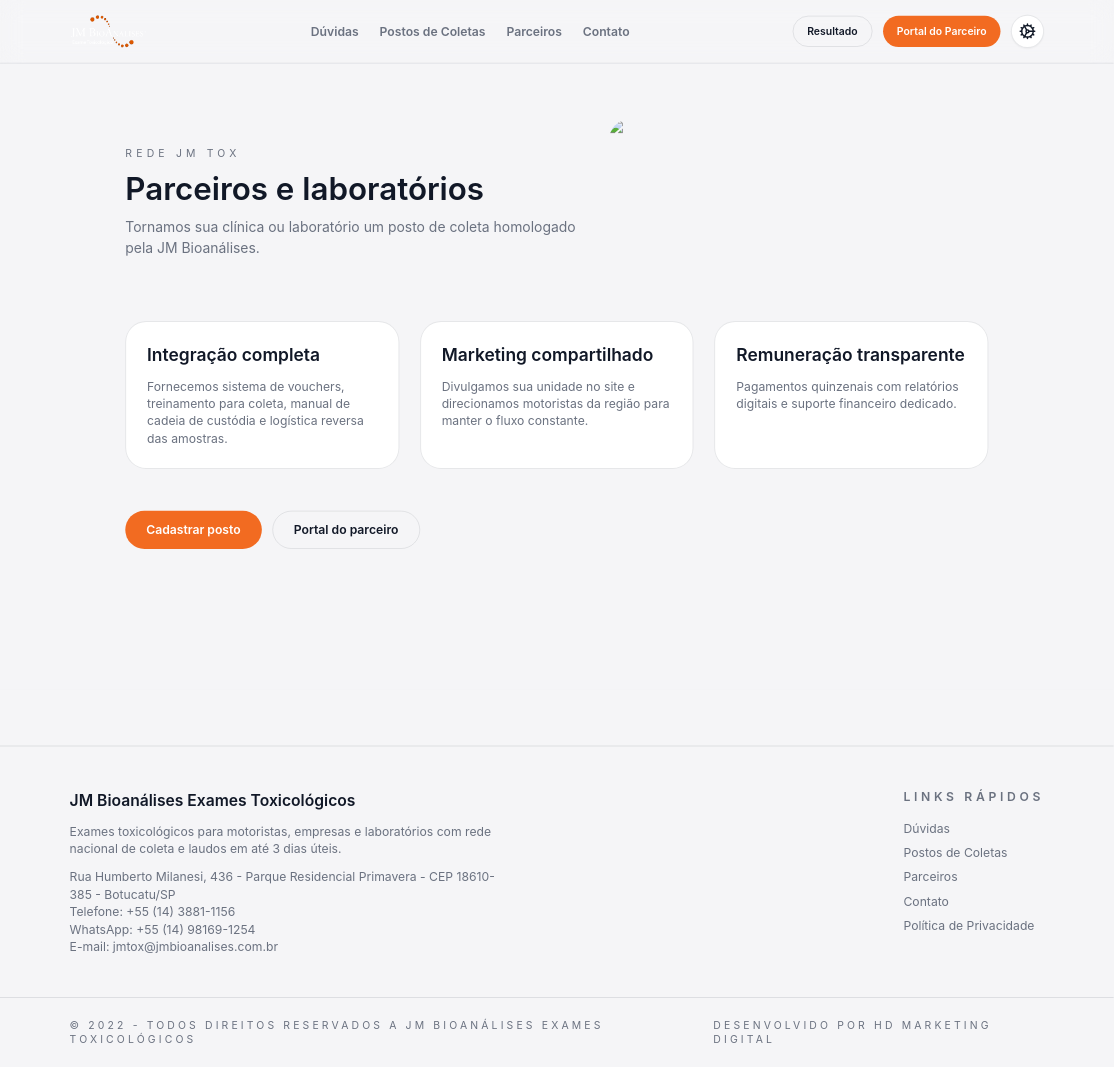
Repository: 1xLab/cat1
Page: /parceiros
An editor plug-in stored every save of this project. The page is shown before and after the next save, followed by the edit.
The browser window is 1280 px wide. The pictures show the whole page, at 87% of full size.
The page's requests for data from a server got no answer. The project was rebuilt for these pictures with package versions that can differ from the ones it lists, and the page was loaded fresh each time. The framework's server and built-in components were replaced by stand-ins that run in the browser. No one was signed in, and anything a server would have sent is missing. Also part of the build but not shown: next.config.ts.

Above is the page before, as saved 2025-11-19 22:15:58.

### src/app/layout.tsx
import type { Metadata } from "next";
import { Geist, Geist_Mono } from "next/font/google";
import "./globals.css";

import { Header } from "@/components/layout/header";
import { Footer } from "@/components/layout/footer";
import { baseMetadata } from "@/lib/seo";
import { LabSchema } from "@/components/seo/lab-schema";
import { TagManager } from "@/components/analytics/tag-manager";

const geistSans = Geist({
  variable: "--font-geist-sans",
  subsets: ["latin"],
});

const geistMono = Geist_Mono({
  variable: "--font-geist-mono",
  subsets: ["latin"],
});

export const metadata: Metadata = baseMetadata;

export default function RootLayout({
  children,
}: Readonly<{
  children: React.ReactNode;
}>) {
  return (
    <html lang="pt-BR" data-theme="sunrise">
      <body className={`${geistSans.variable} ${geistMono.variable} antialiased`}>
        <TagManager />
        <LabSchema />
        <Header />
        <main className="min-h-screen bg-[var(--color-bg)] text-[var(--color-text)]">
          {children}
        </main>
        <Footer />
      </body>
    </html>
  );
}

### src/app/parceiros/page.tsx
import Image from "next/image";
import type { Metadata } from "next";
import { Button } from "@/components/ui/button";

const pillars = [
  {
    title: "Integração completa",
    body: "Fornecemos sistema de vouchers, treinamento para coleta, manual de cadeia de custódia e logística reversa das amostras.",
  },
  {
    title: "Marketing compartilhado",
    body: "Divulgamos sua unidade no site e direcionamos motoristas da região para manter o fluxo constante.",
  },
  {
    title: "Remuneração transparente",
    body: "Pagamentos quinzenais com relatórios digitais e suporte financeiro dedicado.",
  },
];

export const metadata: Metadata = {
  title: "Parceiros | JM Tox",
};

const illustration = "/imagens/illustration-parceiros-v2.svg";

export default function ParceirosPage() {
  return (
    <section className="mx-auto max-w-5xl px-4 py-16">
      <div className="grid gap-6 md:grid-cols-[1.1fr_0.9fr] md:items-center">
        <div className="space-y-3">
          <p className="text-xs uppercase tracking-[0.4em] text-[var(--color-text-muted)]">
            Rede JM Tox
          </p>
          <h1 className="text-4xl font-semibold text-[var(--color-text)]">
            Parceiros e laboratórios
          </h1>
          <p className="text-[var(--color-text-muted)]">
            Tornamos sua clínica ou laboratório um posto de coleta homologado
            pela JM Bioanálises.
          </p>
        </div>
        <div className="relative h-48 rounded-3xl">
          <Image
            src={illustration}
            alt="Tecnologia embarcada em caminhões"
            fill
            className="rounded-3xl object-cover"
            sizes="(min-width: 768px) 400px, 100vw"
          />
        </div>
      </div>
      <div className="mt-10 grid gap-6 md:grid-cols-3">
        {pillars.map((pillar) => (
          <article
            key={pillar.title}
            className="rounded-3xl border border-[var(--color-outline)] bg-[var(--color-surface)] p-6"
          >
            <h2 className="text-xl font-semibold text-[var(--color-text)]">
              {pillar.title}
            </h2>
            <p className="mt-3 text-sm text-[var(--color-text-muted)]">
              {pillar.body}
            </p>
          </article>
        ))}
      </div>
      <div className="mt-12 flex flex-wrap gap-3">
        <Button asChild>
          <a href="/cadastro-postos-de-coleta">Cadastrar posto</a>
        </Button>
        <Button asChild variant="outline">
          <a href="/app/parceiros">Portal do parceiro</a>
        </Button>
      </div>
    </section>
  );
}

### src/app/globals.css
@tailwind base;
@tailwind components;
@tailwind utilities;

:root {
  --color-bg: #f5f5f7;
  --color-surface: #ffffff;
  --color-text: #111827;
  --color-text-muted: #6b7280;
  --color-primary: #f26b21;
  --color-primary-dark: #c65310;
  --color-header: #050608;
  --color-outline: rgba(15, 23, 42, 0.1);
}

[data-theme="sunrise"] {
  --color-bg: #f5f5f7;
  --color-surface: #ffffff;
  --color-text: #111827;
  --color-text-muted: #6b7280;
  --color-primary: #f26b21;
  --color-primary-dark: #c65310;
  --color-header: #050608;
}

[data-theme="midnight"] {
  --color-bg: #050608;
  --color-surface: #111827;
  --color-text: #f9fafb;
  --color-text-muted: #9ca3af;
  --color-primary: #f26b21;
  --color-primary-dark: #f26b21;
  --color-header: #000000;
  --color-outline: rgba(255, 255, 255, 0.1);
}

[data-theme="clinical"] {
  --color-bg: #f3f6fb;
  --color-surface: #ffffff;
  --color-text: #0f172a;
  --color-text-muted: #3f4d63;
  --color-primary: #2563eb;
  --color-primary-dark: #1d4ed8;
  --color-header: #0f172a;
  --color-outline: rgba(15, 23, 42, 0.08);
}

[data-theme="high-contrast"] {
  --color-bg: #000000;
  --color-surface: #000000;
  --color-text: #ffffff;
  --color-text-muted: #f3f4f6;
  --color-primary: #ffbf00;
  --color-primary-dark: #f59e0b;
  --color-header: #000000;
  --color-outline: rgba(255, 255, 255, 0.2);
}

[data-theme="dark"] {
  --color-bg: #111436;
  --color-surface: rgba(255, 255, 255, 0.08);
  --color-text: #fefefe;
  --color-text-muted: #d4ddff;
  --color-primary: #f97316;
  --color-primary-dark: #ea580c;
  --color-header: rgba(17, 20, 54, 0.9);
  --color-outline: rgba(255, 255, 255, 0.2);
}

@layer base {
  * {
    box-sizing: border-box;
  }

  body {
    background: var(--color-bg);
    color: var(--color-text);
    font-family: "Inter", system-ui, -apple-system, BlinkMacSystemFont,
      "Segoe UI", sans-serif;
    min-height: 100vh;
  }
}

@layer utilities {
  .text-balance {
    text-wrap: balance;
  }

  .glass-panel {
    background: color-mix(in srgb, var(--color-surface) 90%, transparent);
    backdrop-filter: blur(18px);
    border: 1px solid color-mix(in srgb, var(--color-outline) 80%, transparent);
    border-radius: 1.5rem;
    box-shadow: 0 15px 45px rgba(15, 23, 42, 0.12);
  }
}

### src/components/layout/header.tsx
import Image from "next/image";
import Link from "next/link";
import { ThemeSwitcher } from "@/components/theme-switcher";
import { Button } from "@/components/ui/button";

const navItems = [
  { label: "Dúvidas", href: "/duvidas-frequentes" },
  { label: "Postos de Coletas", href: "/postos-de-coletas" },
  { label: "Parceiros", href: "/parceiros" },
  { label: "Contato", href: "/contato" },
];

export function Header() {
  return (
    <header className="sticky top-0 z-40 border-b border-[var(--color-outline)] bg-[var(--color-header)]/15 backdrop-blur-md">
      <div className="container mx-auto flex max-w-6xl items-center justify-between gap-4 px-4 py-4">
        <Link href="/" className="flex items-center gap-3">
          <Image
            src="/logo-jm-bioanalises-branco.png"
            alt="JM Bioanálises"
            width={150}
            height={42}
            className="h-10 w-auto"
            priority
          />
          <span className="sr-only">JM Bioanálises</span>
        </Link>
        <nav className="hidden items-center gap-6 text-sm font-semibold text-[var(--color-text-muted)] lg:flex">
          {navItems.map((item) => (
            <Link
              key={item.href}
              href={item.href}
              className="transition hover:text-[var(--color-text)]"
            >
              {item.label}
            </Link>
          ))}
        </nav>
        <div className="flex items-center gap-3">
          <Button asChild variant="outline" size="sm">
            <Link href="/duvidas-frequentes#resultado-online">Resultado</Link>
          </Button>
          <Button asChild size="sm">
            <Link href="/parceiros">Portal do Parceiro</Link>
          </Button>
          <ThemeSwitcher />
        </div>
      </div>
      <div className="border-t border-[var(--color-outline)] bg-[var(--color-header)] px-4 py-3 lg:hidden">
        <nav className="flex flex-wrap gap-3 text-sm font-semibold text-[var(--color-text-muted)]">
          {navItems.map((item) => (
            <Link
              key={item.href}
              href={item.href}
              className="rounded-full border border-gray-600 px-3 py-1 transition hover:border-[var(--color-primary)] hover:text-white"
            >
              {item.label}
            </Link>
          ))}
        </nav>
      </div>
    </header>
  );
}

### src/components/layout/footer.tsx
import Link from "next/link";

import { siteConfig } from "@/lib/site";

const quickLinks = [
  { label: "Dúvidas", href: "/duvidas-frequentes" },
  { label: "Postos de Coletas", href: "/postos-de-coletas" },
  { label: "Parceiros", href: "/parceiros" },
  { label: "Contato", href: "/contato" },
  { label: "Política de Privacidade", href: "/politica-de-privacidade" },
];

export function Footer() {
  return (
    <footer className="mt-16 border-t border-[var(--color-outline)] bg-[var(--color-surface)]/95">
      <div className="mx-auto flex max-w-6xl flex-col gap-8 px-4 py-12 md:flex-row md:justify-between">
        <div className="max-w-lg space-y-3">
          <p className="text-lg font-semibold text-[var(--color-text)]">
            {siteConfig.name}
          </p>
          <p className="text-sm text-[var(--color-text-muted)]">
            {siteConfig.description}
          </p>
          <div className="text-sm text-[var(--color-text-muted)]">
            <p>{siteConfig.address}</p>
            <p>Telefone: {siteConfig.contacts.phone}</p>
            <p>WhatsApp: {siteConfig.contacts.mobile}</p>
            <p>E-mail: {siteConfig.contacts.email}</p>
          </div>
        </div>
        <div>
          <p className="text-sm font-semibold uppercase tracking-[0.3em] text-[var(--color-text-muted)]">
            Links rápidos
          </p>
          <ul className="mt-4 space-y-2 text-sm">
            {quickLinks.map((link) => (
              <li key={link.href}>
                <Link
                  href={link.href}
                  className="text-[var(--color-text-muted)] transition hover:text-[var(--color-text)]"
                >
                  {link.label}
                </Link>
              </li>
            ))}
          </ul>
        </div>
      </div>
      <div className="border-t border-[var(--color-outline)]">
        <div className="mx-auto flex max-w-6xl flex-col gap-2 px-4 py-6 text-xs uppercase tracking-[0.3em] text-[var(--color-text-muted)] md:flex-row md:items-center md:justify-between">
          <p>
            © 2022 - Todos Direitos Reservados a JM Bioanálises Exames Toxicológicos
          </p>
          <p>Desenvolvido por HD Marketing Digital</p>
        </div>
      </div>
    </footer>
  );
}

### src/lib/seo.ts
import type { Metadata } from "next";
import { siteConfig } from "./site";

type SEOParams = {
  title?: string;
  description?: string;
  path?: string;
};

export const baseMetadata: Metadata = {
  metadataBase: new URL(siteConfig.url),
  title: {
    default: `${siteConfig.name} | Laboratório de Toxicologia`,
    template: `%s | ${siteConfig.name}`,
  },
  description: siteConfig.description,
  openGraph: {
    type: "website",
    url: siteConfig.url,
    title: siteConfig.name,
    description: siteConfig.description,
    images: [
      {
        url: siteConfig.ogImage,
        width: 1200,
        height: 630,
        alt: siteConfig.name,
      },
    ],
  },
  twitter: {
    card: "summary_large_image",
    title: siteConfig.name,
    description: siteConfig.description,
    images: [siteConfig.ogImage],
  },
  icons: {
    icon: "/favicon.ico",
  },
};

export const generatePageMetadata = ({
  title,
  description,
  path = "",
}: SEOParams): Metadata => ({
  ...baseMetadata,
  title,
  description,
  alternates: {
    canonical: path ? `${siteConfig.url}${path}` : siteConfig.url,
  },
});

### src/components/seo/lab-schema.tsx
export function LabSchema() {
  const jsonLd = {
    "@context": "https://schema.org",
    "@type": "MedicalOrganization",
    name: "JM Bioanálises Exames Toxicológicos",
    url: "https://jmtox.com.br",
    address: {
      "@type": "PostalAddress",
      streetAddress:
        "Rua Humberto Milanesi, 436 - Parque Residencial Primavera",
      addressLocality: "Botucatu",
      addressRegion: "SP",
      postalCode: "18610-385",
      addressCountry: "BR",
    },
    contactPoint: {
      "@type": "ContactPoint",
      telephone: "+55-14-3881-1156",
      contactType: "customer service",
      availableLanguage: ["Portuguese", "English"],
    },
    sameAs: ["https://www.linkedin.com/company/jmbioanalises"],
    medicalSpecialty: ["Toxicologic"],
  };

  return (
    <script
      type="application/ld+json"
      dangerouslySetInnerHTML={{ __html: JSON.stringify(jsonLd) }}
    />
  );
}

### src/components/analytics/tag-manager.tsx
"use client";

import Script from "next/script";

export function TagManager() {
  const id = process.env.NEXT_PUBLIC_GTM_ID;
  if (!id) return null;

  return (
    <>
      <Script id="gtm-loader">
        {`
          (function(w,d,s,l,i){w[l]=w[l]||[];w[l].push({'gtm.start':
          new Date().getTime(),event:'gtm.js'});var f=d.getElementsByTagName(s)[0],
          j=d.createElement(s),dl=l!='dataLayer'?'&l='+l:'';j.async=true;j.src=
          'https://www.googletagmanager.com/gtm.js?id='+i+dl;f.parentNode.insertBefore(j,f);
          })(window,document,'script','dataLayer','${id}');
        `}
      </Script>
      <noscript>
        <iframe
          src={`https://www.googletagmanager.com/ns.html?id=${id}`}
          height="0"
          width="0"
          style={{ display: "none", visibility: "hidden" }}
        />
      </noscript>
    </>
  );
}

### src/components/ui/button.tsx
"use client";

import * as React from "react";
import { Slot } from "@radix-ui/react-slot";
import { cva, type VariantProps } from "class-variance-authority";

import { cn } from "@/lib/utils";

const buttonVariants = cva(
  "inline-flex items-center justify-center whitespace-nowrap rounded-full text-sm font-semibold transition focus-visible:outline-none focus-visible:ring-2 focus-visible:ring-[var(--color-primary)] disabled:pointer-events-none disabled:opacity-60",
  {
    variants: {
      variant: {
        default:
          "bg-[var(--color-primary)] text-white hover:bg-[var(--color-primary-dark)]",
        secondary:
          "bg-[var(--color-surface)] text-[var(--color-text)] border border-[var(--color-outline)] hover:border-[var(--color-primary)]",
        outline:
          "border border-[var(--color-outline)] text-[var(--color-text)] hover:border-[var(--color-primary)] hover:text-[var(--color-text)]",
        ghost: "text-[var(--color-text)] hover:bg-[var(--color-outline)]/30",
        link: "underline-offset-4 text-[var(--color-primary)] hover:underline",
      },
      size: {
        default: "h-11 px-6",
        sm: "h-9 px-4 text-xs",
        lg: "h-12 px-8 text-base",
        icon: "h-10 w-10",
      },
    },
    defaultVariants: {
      variant: "default",
      size: "default",
    },
  }
);

export interface ButtonProps
  extends React.ButtonHTMLAttributes<HTMLButtonElement>,
    VariantProps<typeof buttonVariants> {
  asChild?: boolean;
}

const Button = React.forwardRef<HTMLButtonElement, ButtonProps>(
  ({ className, variant, size, asChild = false, ...props }, ref) => {
    const Comp = asChild ? Slot : "button";
    return (
      <Comp
        className={cn(buttonVariants({ variant, size, className }))}
        ref={ref}
        {...props}
      />
    );
  }
);
Button.displayName = "Button";

export { Button, buttonVariants };

### src/components/theme-switcher.tsx
"use client";

import { useEffect, useState } from "react";
import { Cog, Check } from "lucide-react";
import { cn } from "@/lib/utils";

const themes = [
  { id: "sunrise", name: "Sunrise Light", description: "Luz natural com laranja vibrante." },
  { id: "midnight", name: "Midnight Dark", description: "Interface escura para salas de comando." },
  { id: "clinical", name: "Clinical Light", description: "Azul clínico com fundos neutros." },
  { id: "high-contrast", name: "High Contrast", description: "Alto contraste para máxima leitura." },
];

function applyThemeValue(
  value: string,
  setTheme: (theme: string) => void
) {
  const next = themes.find((item) => item.id === value) ? value : "sunrise";
  setTheme(next);
  document.documentElement.setAttribute("data-theme", next);
  try {
    localStorage.setItem("jmbio-theme", next);
  } catch {
    /* ignore */
  }
}

export function ThemeSwitcher() {
  const [open, setOpen] = useState(false);
  const [theme, setTheme] = useState("sunrise");

  useEffect(() => {
    let stored = "sunrise";
    try {
      stored = localStorage.getItem("jmbio-theme") || "sunrise";
    } catch {
      stored = "sunrise";
    }
    applyThemeValue(stored, setTheme);
  }, []);

  function apply(value: string) {
    applyThemeValue(value, setTheme);
  }

  return (
    <div className="relative">
      <button
        aria-label="Alterar tema do site"
        className="rounded-full border border-[var(--color-outline)] bg-[var(--color-surface)] p-2 text-[var(--color-text)] shadow-sm transition hover:shadow-md"
        onClick={() => setOpen((prev) => !prev)}
      >
        <Cog className="h-5 w-5" />
      </button>
      {open && (
        <div className="absolute right-0 z-50 mt-3 w-64 rounded-2xl border border-[var(--color-outline)] bg-[var(--color-surface)] p-4 shadow-xl">
          <p className="text-xs font-semibold uppercase tracking-[0.3em] text-[var(--color-text-muted)]">
            Temas
          </p>
          <div className="mt-3 space-y-2">
            {themes.map((item) => (
              <button
                key={item.id}
                className={cn(
                  "flex w-full items-start gap-2 rounded-2xl border border-transparent p-3 text-left transition hover:border-[var(--color-outline)]",
                  theme === item.id && "border-[var(--color-primary)] bg-[var(--color-primary)]/10"
                )}
                onClick={() => apply(item.id)}
              >
                <span className="mt-1 text-[var(--color-primary)]">
                  {theme === item.id ? <Check className="h-4 w-4" /> : <span className="block h-4 w-4 rounded-full border border-[var(--color-outline)]" />}
                </span>
                <span>
                  <span className="font-semibold text-[var(--color-text)]">{item.name}</span>
                  <span className="block text-xs text-[var(--color-text-muted)]">{item.description}</span>
                </span>
              </button>
            ))}
          </div>
        </div>
      )}
    </div>
  );
}

### src/lib/site.ts
export const siteConfig = {
  name: "JM Bioanálises Exames Toxicológicos",
  description:
    "Exames toxicológicos para motoristas, empresas e laboratórios com rede nacional de coleta e laudos em até 3 dias úteis.",
  url: "https://jmtox.com.br",
  ogImage: "/logo-jm-bioanalises-branco.png",
  social: {
    linkedin: "https://www.linkedin.com/company/jmbioanalises",
    whatsapp: "https://api.whatsapp.com/send?phone=5514981691254",
  },
  contacts: {
    phone: "+55 (14) 3881-1156",
    mobile: "+55 (14) 98169-1254",
    email: "jmtox@jmbioanalises.com.br",
  },
  address:
    "Rua Humberto Milanesi, 436 - Parque Residencial Primavera - CEP 18610-385 - Botucatu/SP",
};

export type SiteConfig = typeof siteConfig;

### src/lib/utils.ts
import { type ClassValue, clsx } from "clsx";
import { twMerge } from "tailwind-merge";

export function cn(...inputs: ClassValue[]) {
  return twMerge(clsx(inputs));
}

export function formatPhone(phone: string) {
  const digits = phone.replace(/\D/g, "");
  const match = digits.match(/^(\d{2})(\d{5})(\d{4})$/);
  if (!match) return phone;
  return `(${match[1]}) ${match[2]}-${match[3]}`;
}

export function slugify(value: string) {
  return value
    .toLowerCase()
    .normalize("NFD")
    .replace(/[\u0300-\u036f]/g, "")
    .replace(/[^a-z0-9]+/g, "-")
    .replace(/(^-|-$)+/g, "");
}

export function formatIsoDate(date: string) {
  return new Date(date).toLocaleDateString("pt-BR", {
    day: "2-digit",
    month: "short",
    year: "numeric",
  });
}

### tailwind.config.ts
import type { Config } from "tailwindcss";
import { fontFamily } from "tailwindcss/defaultTheme";
import animate from "tailwindcss-animate";

const config: Config = {
  darkMode: ["class"],
  content: ["./src/**/*.{ts,tsx}"],
  theme: {
    container: {
      center: true,
      padding: {
        DEFAULT: "1.5rem",
        md: "2rem",
      },
      screens: {
        "2xl": "1320px",
      },
    },
    extend: {
      colors: {
        border: "hsl(var(--border))",
        input: "hsl(var(--input))",
        ring: "hsl(var(--ring))",
        background: "hsl(var(--background))",
        foreground: "hsl(var(--foreground))",
        primary: {
          DEFAULT: "hsl(var(--primary))",
          foreground: "hsl(var(--primary-foreground))",
        },
        secondary: {
          DEFAULT: "hsl(var(--secondary))",
          foreground: "hsl(var(--secondary-foreground))",
        },
        muted: {
          DEFAULT: "hsl(var(--muted))",
          foreground: "hsl(var(--muted-foreground))",
        },
        accent: {
          DEFAULT: "hsl(var(--accent))",
          foreground: "hsl(var(--accent-foreground))",
        },
        destructive: {
          DEFAULT: "hsl(var(--destructive))",
          foreground: "hsl(var(--destructive-foreground))",
        },
        card: {
          DEFAULT: "hsl(var(--card))",
          foreground: "hsl(var(--card-foreground))",
        },
      },
      borderRadius: {
        lg: "var(--radius)",
        md: "calc(var(--radius) - 2px)",
        sm: "calc(var(--radius) - 4px)",
      },
      fontFamily: {
        sans: ["var(--font-geist-sans)", ...fontFamily.sans],
        mono: ["var(--font-geist-mono)", ...fontFamily.mono],
      },
      backgroundImage: {
        "grid-fade":
          "radial-gradient(circle at 20% 20%, hsla(var(--primary),0.25), transparent 55%), radial-gradient(circle at 80% 0%, hsla(var(--accent),0.3), transparent 60%)",
      },
    },
  },
  plugins: [animate],
};

export default config;

After the next save:
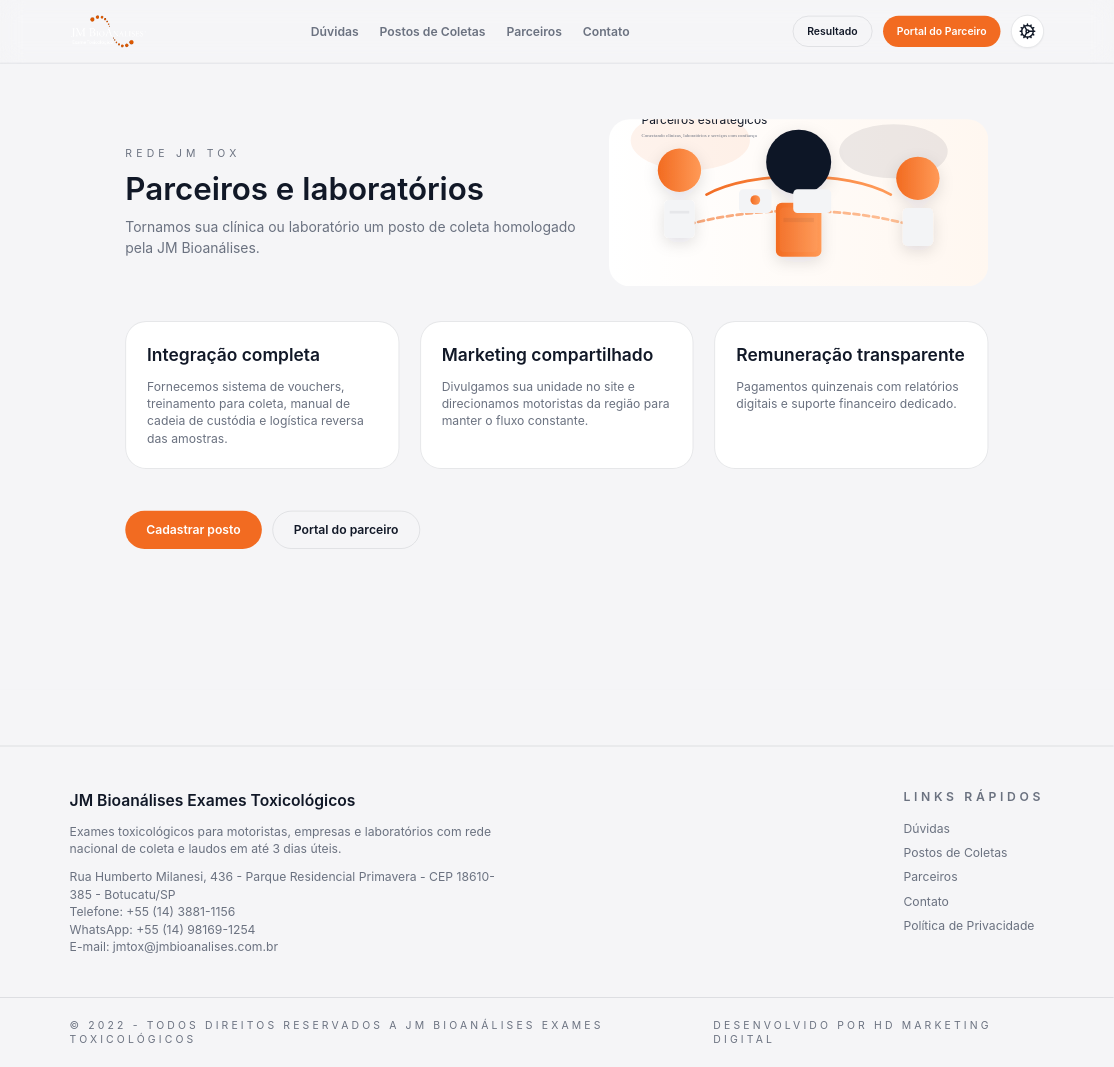
Saved 5 s later.
--- a/src/app/parceiros/page.tsx
+++ b/src/app/parceiros/page.tsx
@@ -21,7 +21,7 @@ export const metadata: Metadata = {
   title: "Parceiros | JM Tox",
 };
 
-const illustration = "/imagens/illustration-parceiros-v2.svg";
+const illustration = "/imagens/illustration-parceiros-v3.svg";
 
 export default function ParceirosPage() {
   return (
